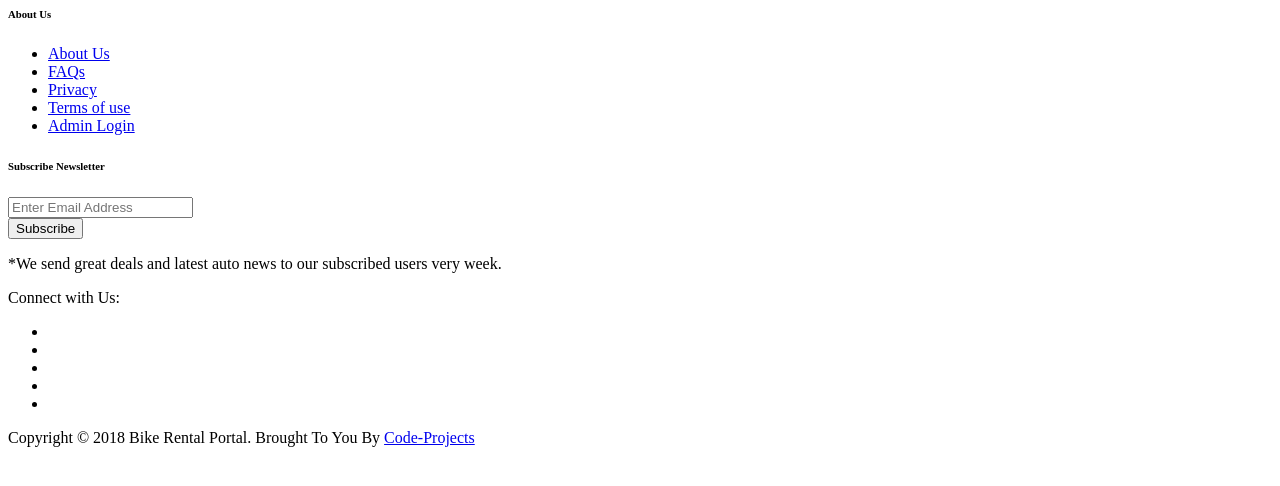
Repository: Het95/Bike-Rental-JSP
Page: http://localhost/AJOep/includes/footer.jsp
The author's editor kept a copy of each file at every save. The page is drawn from the files as they stood at one save, then again after the next save.
The browser window is 1280 px wide. The pictures show the whole page.
The page is served by Tomcat 9.

Above is the page before, as saved 2020-05-31 19:14:50.

After the next save:
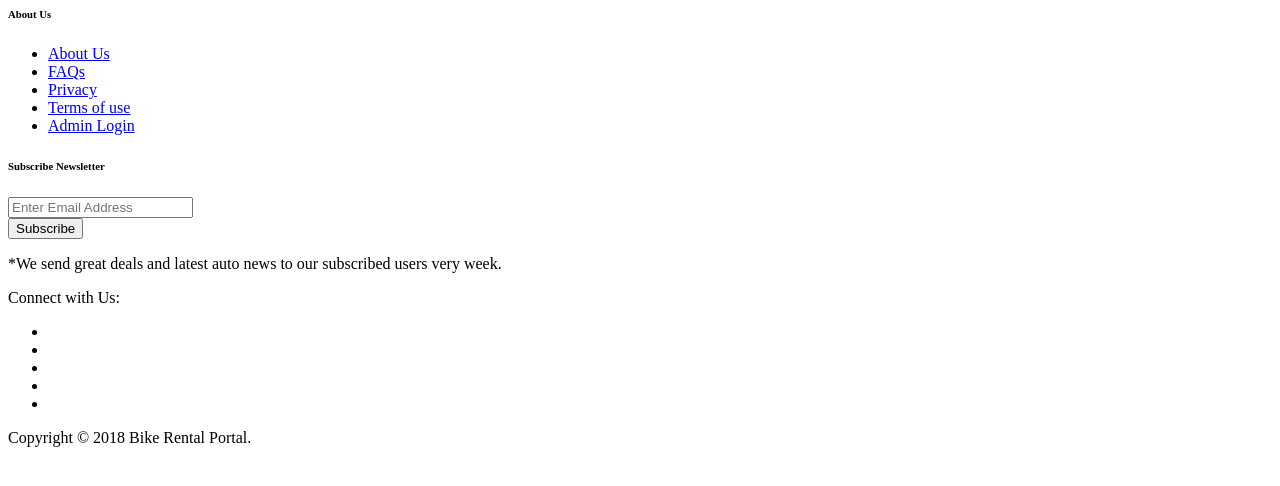
Saved 7 min 35 s later.
--- a/AJOep/WebContent/includes/footer.jsp
+++ b/AJOep/WebContent/includes/footer.jsp
@@ -47,7 +47,7 @@
           </div>
         </div>
         <div class="col-md-6 col-md-pull-6">
-          <p class="copy-right">Copyright &copy; 2018 Bike Rental Portal. Brought To You By <a href="https://code-projects.org/">Code-Projects</a></p>
+          <p class="copy-right">Copyright &copy; 2018 Bike Rental Portal. </p>
         </div>
       </div>
     </div>
